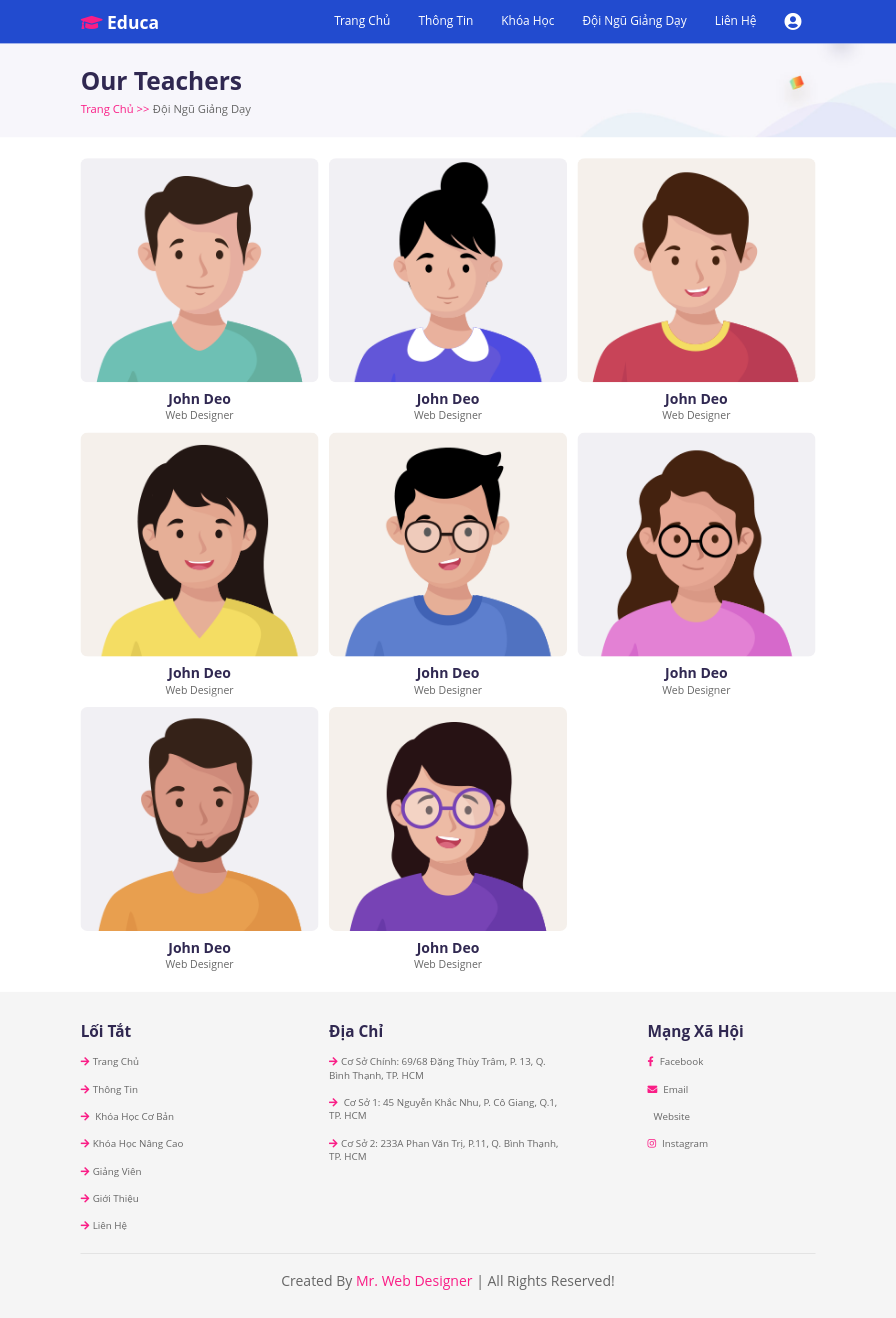
Repository: nhatkhanh022400/Layout
Page: Page-User/teachers.html
The author's editor kept a copy of each file at every save. The page is drawn from the files as they stood at one save, then again after the next save.
The browser window is 1280 px wide. The pictures show the whole page, at 70% of full size.

Above is the page before, as saved 2022-03-22 16:31:22.
Console error: ReferenceError: $ is not defined

After the next save:
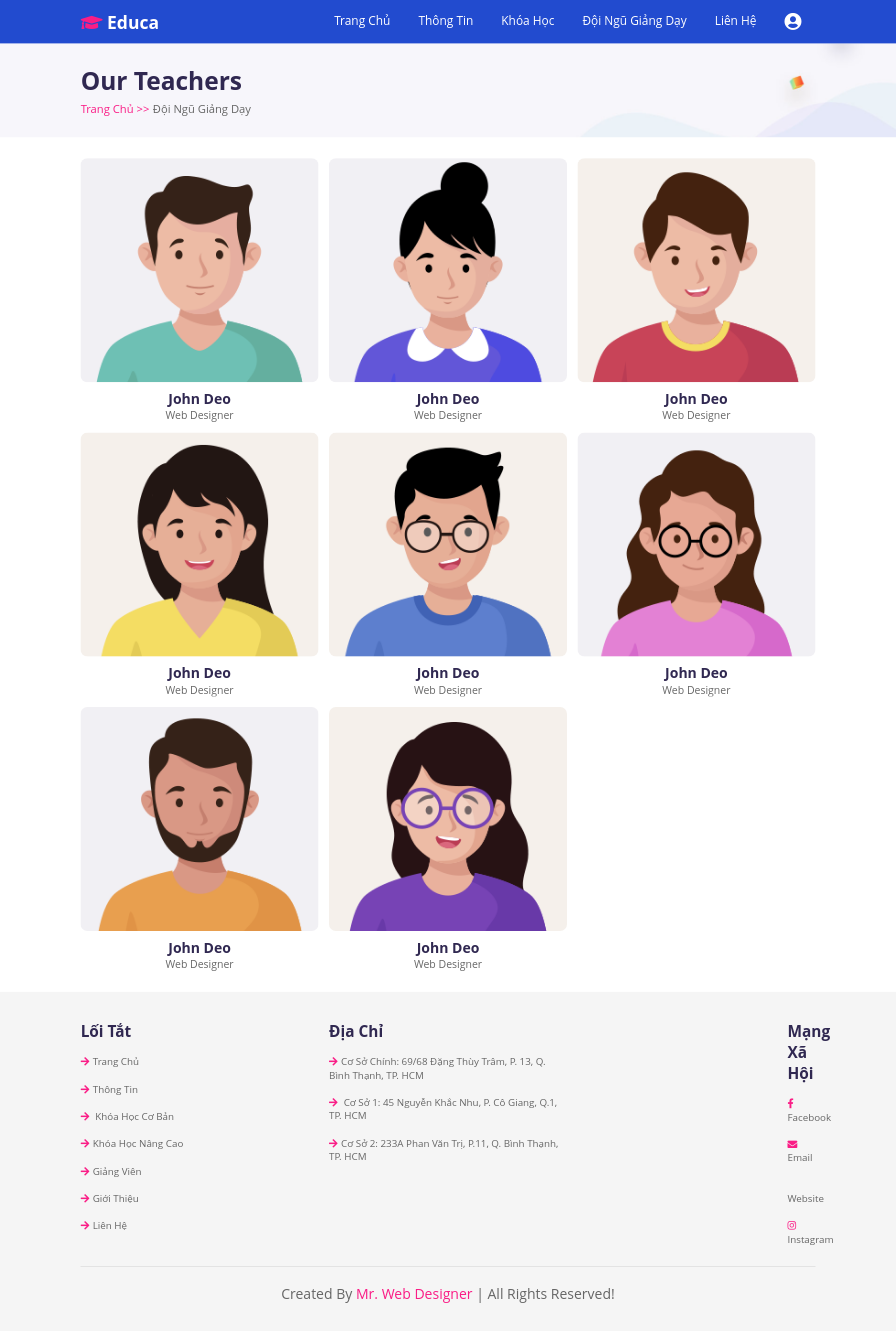
Saved 10 s later.
--- a/Page-User/teachers.html
+++ b/Page-User/teachers.html
@@ -236,7 +236,7 @@
 
         </div>
 
-        <div class="box" style="margin-left: 10rem;">
+        <div class="box" style="margin-left: 30rem;">
             <h3>Mạng Xã Hội</h3>
             <a href="#"> <i class="fab fa-facebook-f"></i> facebook </a>
             <a href="#"> <i class="fas fa-envelope"></i> email</a>
